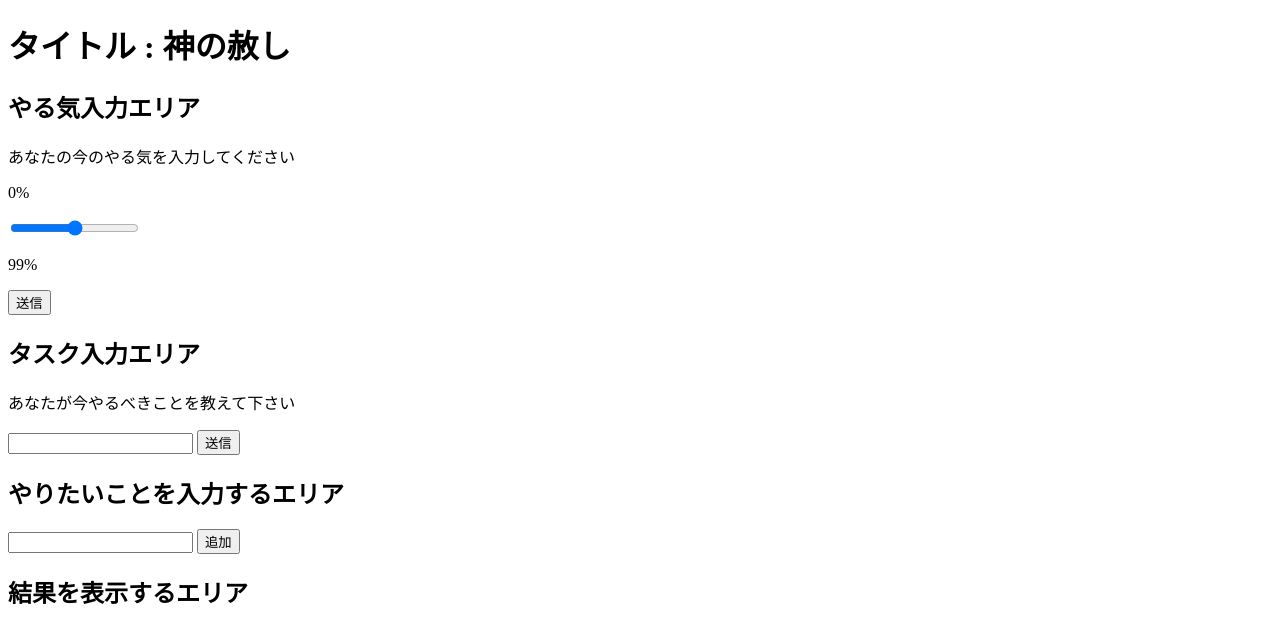
Repository: masa0306/god_forgiveness
Page: index.html
An editor plug-in stored every save of this project. The page is shown before and after a run of saves, followed by the edit.
The browser window is 1280 px wide. The pictures show the whole page.

Above is the page before, as saved 2024-05-14 23:39:46.

After the next 6 saves:
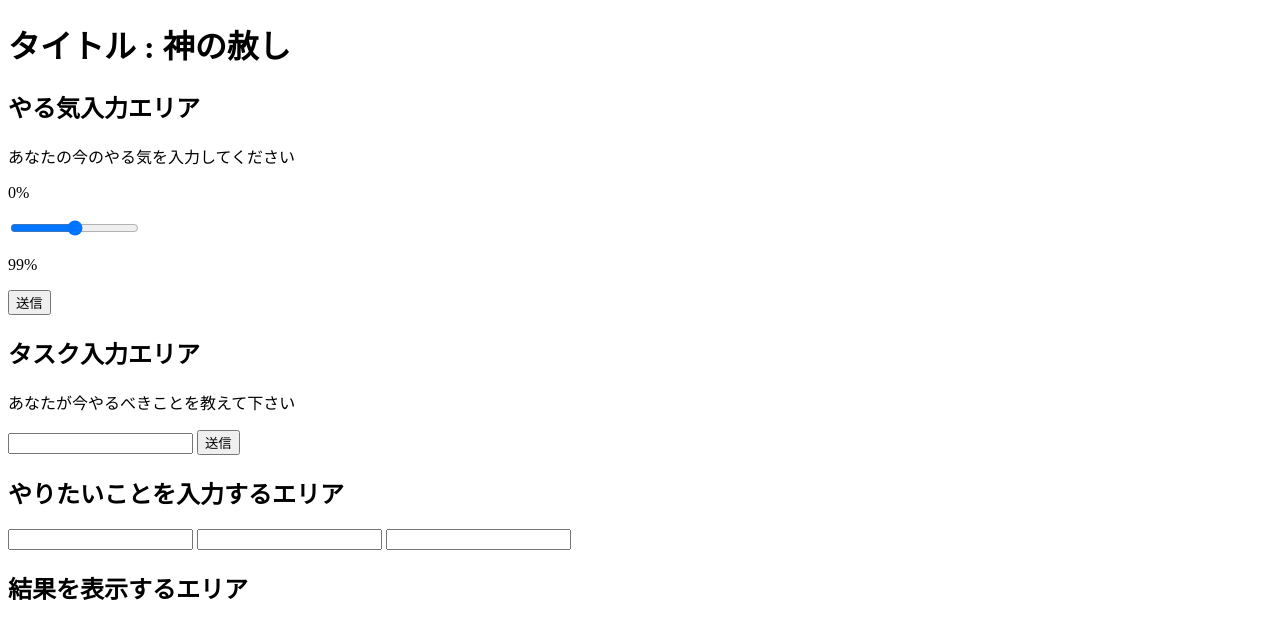
The 6 saves are shown as one change because they came seconds apart.
The last was saved 14 s later.
--- a/index.html
+++ b/index.html
@@ -27,7 +27,8 @@
     <div>
         <h2>やりたいことを入力するエリア</h2>
         <input type="text" name="want1"id="want1">
-        <button id="add-input">追加</button>
+        <input type="text" name="want2"id="want2">
+        <input type="text" name="want3"id="want3">
     </div>
 
     <div>
